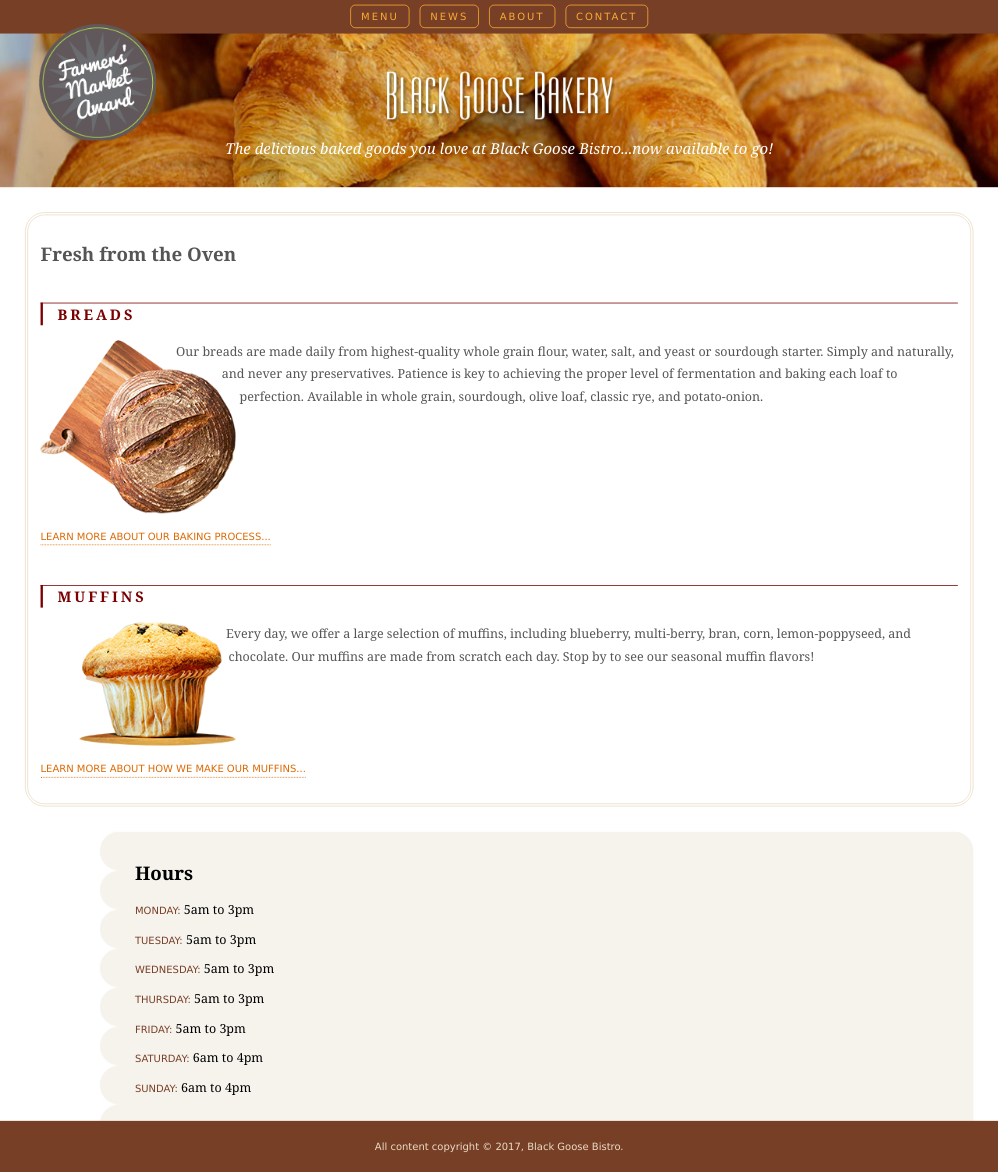
Repository: Colo-Codes/code-practice
Page: 02-css-practice-8.html
The author's editor kept a copy of each file at every save. The page is drawn from the files as they stood at one save, then again after the next save.
The browser window is 1280 px wide. The pictures show the whole page, at 78% of full size.
Some web fonts or font styles are not loaded; a fallback is used.

Above is the page before, as saved 2021-05-17 11:18:29.

After the next save:
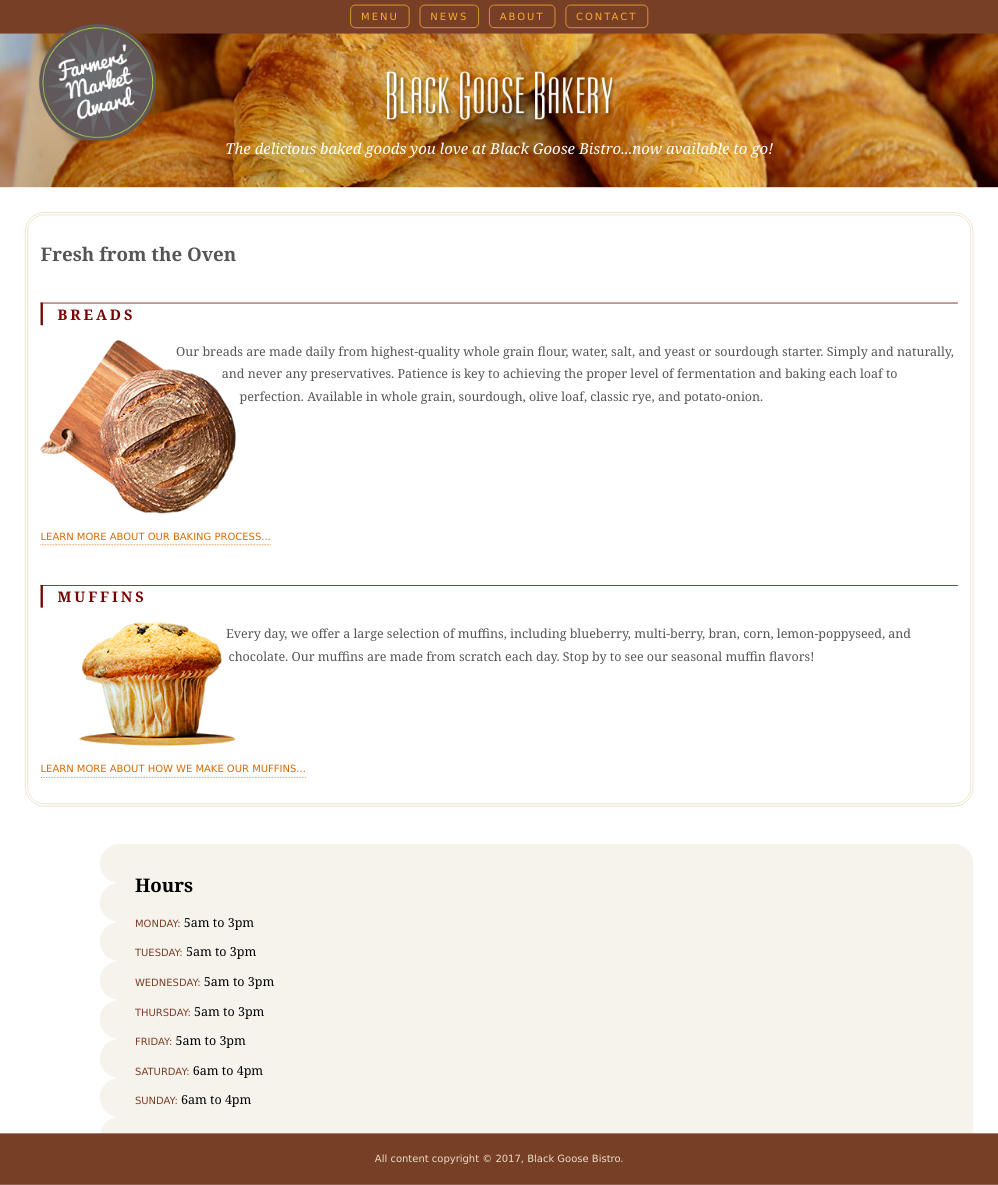
Saved 53 s later.
--- a/css/bakery-styles.css
+++ b/css/bakery-styles.css
@@ -152,4 +152,8 @@ h2 {
   font-size: .8em;
   text-transform: uppercase;
 }
-/* CSS Document */
+
+/* CSS Grid */
+#container {
+  display: grid;
+}
